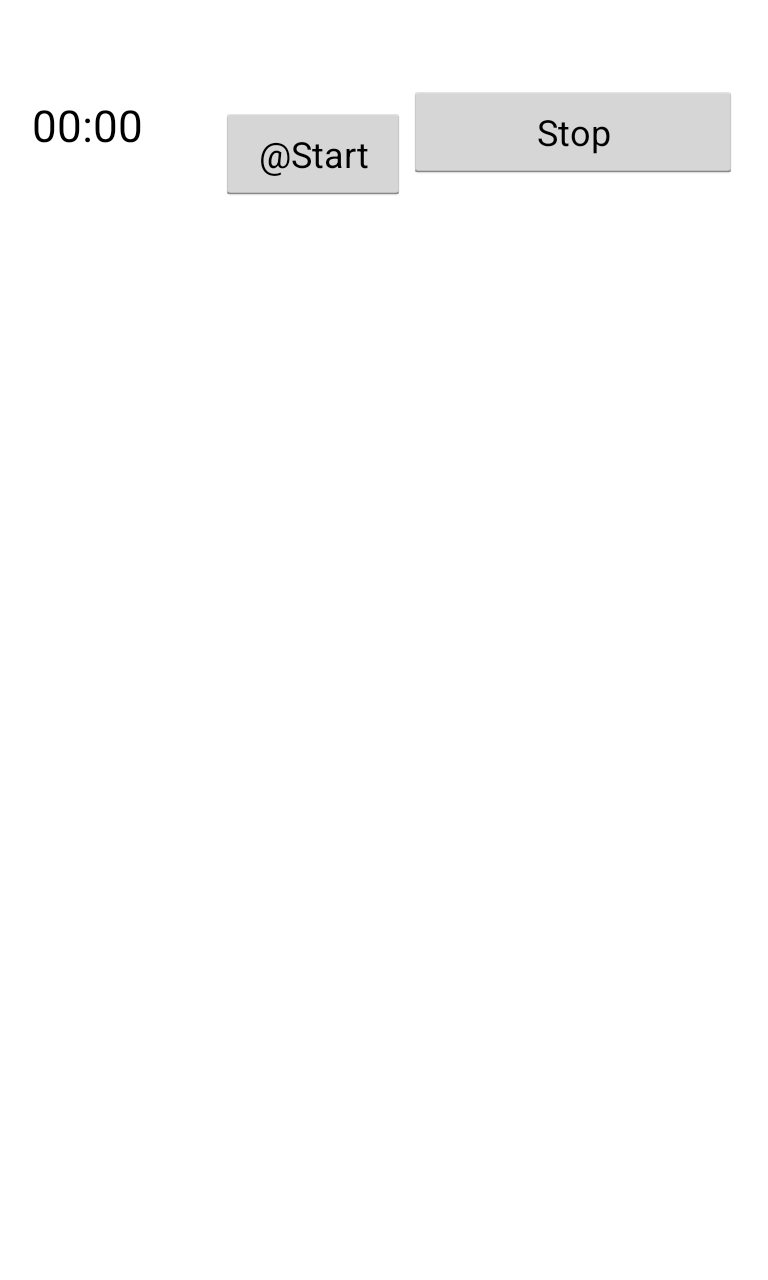
Repository: rjauquet/Android-ECE454
Layout: StopWatch/res/layout/activity_main.xml
These files come from the project's save history. The layout is drawn as it stood at one moment and after the next save; the edit follows.
It is drawn on a 768 x 1280 px phone screen (xhdpi) without system bars, with theme AppTheme; the app's code is not run.

Above is the layout before, as saved 2013-09-05 21:11:08.

After the next save:
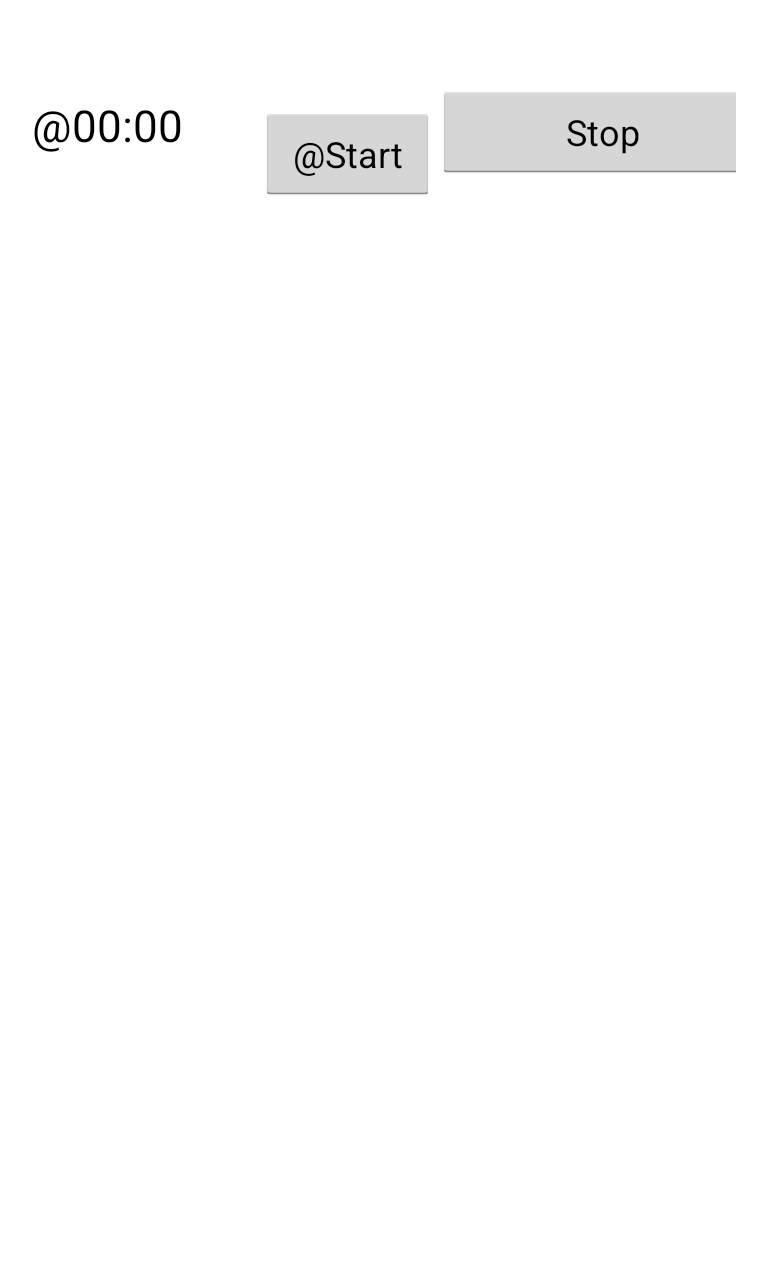
Saved 20 s later.
--- a/StopWatch/res/layout/activity_main.xml
+++ b/StopWatch/res/layout/activity_main.xml
@@ -13,7 +13,7 @@
         android:layout_width="wrap_content"
         android:layout_height="wrap_content"
         android:layout_marginTop="24dp"
-        android:text="00:00"
+        android:text="@00:00"
         android:textAppearance="?android:attr/textAppearanceLarge" />
 
     <Button
@@ -31,7 +31,7 @@
         android:layout_height="wrap_content"
         android:layout_marginTop="32dp"
         android:layout_weight="0.16"
-        android:text="Pause" />
+        android:text="@Pause" />
 
     <Button
         android:id="@+id/stop"
